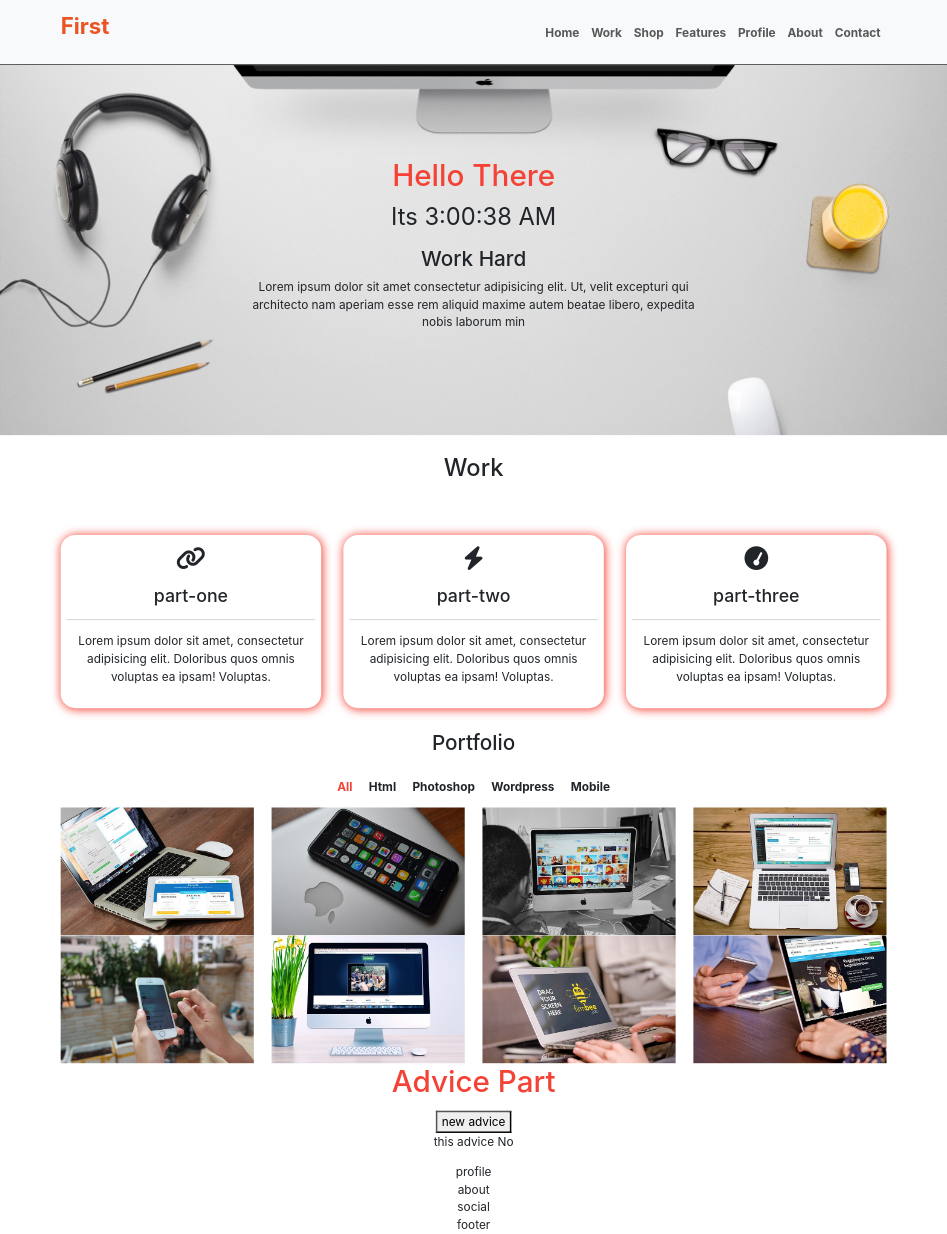
Repository: Hager-h/temple
Page: /
The author's editor kept a copy of each file at every save. The page is drawn from the files as they stood at one save, then again after the next save.
The browser window is 1280 px wide. The pictures show the whole page, at 74% of full size.
The page's requests for data from a server got no answer. The project was rebuilt for these pictures with package versions that can differ from the ones it lists, and the page was loaded fresh each time. No one was signed in, and anything a server would have sent is missing. Also part of the build but not shown: src/components/contact/index.js, src/components/Shop/shop.css, src/components/Shop/Shop.js, src/components/card/card.css, src/components/card/Card.js.

Above is the page before, as saved 2023-07-17 16:01:35.

### src/index.js
import React from 'react';
import ReactDOM from 'react-dom/client';
import "../node_modules/bootstrap/dist/css/bootstrap.min.css"
import "../node_modules/bootstrap/dist/js/bootstrap.min.js"
import './index.css';

import App from './App';
import reportWebVitals from './reportWebVitals';
import { BrowserRouter } from 'react-router-dom';

const root = ReactDOM.createRoot(document.getElementById('root'));
root.render(
  <React.StrictMode>
  <BrowserRouter>
  <App />
  </BrowserRouter>
  </React.StrictMode>
);

// If you want to start measuring performance in your app, pass a function
// to log results (for example: reportWebVitals(console.log))
// or send to an analytics endpoint. Learn more: https://bit.ly/CRA-vitals
reportWebVitals();

### src/App.js
import './App.css';
import Home from "./components/home/Home"
import Contact from "./components/contact/index"
import Nav from "./components/navbar/Nav"
import {Routes,Route} from "react-router-dom"
import Shop from './components/Shop/Shop';
import Card  from './components/card/Card';
function App() {
  return (
    <div className="App">
    <Nav />
    <Routes>
    <Route path="/" element={<Home />} />
    <Route path="/contact" element={<Contact />} />
    <Route path="/shop" element={<Shop />} />
    <Route path="shop/:cardId" element={<Card />} />

    </Routes>




    </div>
  );
}

export default App;

### src/components/home/Home.js
import React from 'react'
import Work from "./../work/Work"
import Portfolio from "./../portfolio/Portfolio"
import Footer from "./../footer/Footer"
import Social from "./../social/Social"
import About from "./../about/about"
import Profile from "./../Profile/Profile"
import Landing from "./../landing/landing"
import Advice from "./../advice/Advice"
export default function Home() {
  return (
    <div>

<Landing />
    <Work />
    <Portfolio />
<Advice />
    <Profile />
    <About />
    <Social />
    <Footer />



    </div>
    )
}

### src/components/navbar/Nav.js
import React from "react"
import { Link } from 'react-router-dom'

import "./navStyle.css"
export default function Nav() {
  return (



    <nav className="navbar navbar-expand-lg bg-body-tertiary ">
    <div className="container ">
      <p className="navbar-brand logo-text" >First</p>
      <button className="navbar-toggler" type="button" data-bs-toggle="collapse" data-bs-target="#navbarNavAltMarkup" aria-controls="navbarNavAltMarkup" aria-expanded="false" aria-label="Toggle navigation">
        <span className="navbar-toggler-icon"></span>
      </button>
      <div className="collapse navbar-collapse  " id="navbarNavAltMarkup">
        <div className="navbar-nav ms-auto">
          <Link className="nav-link " to="/">Home</Link>
          <Link className="nav-link" to="/work">Work</Link>
          <Link className="nav-link" to="/shop">Shop</Link>
          <Link className="nav-link" to="/feat">Features</Link>
          <Link className="nav-link" to="/profile">Profile</Link>
          <Link className="nav-link" to="/about">About</Link>
          <Link className="nav-link" to="/contact">Contact</Link>
        </div>

      </div>
    </div>
  </nav>

















  )
}

### src/components/work/Work.js
import "./work.css"
import {Usehook} from "../hook/Hook"
export default function Work() {
  const[data,loading,err]=Usehook('js/data.json')



const dataList=data.map(item=>{
  return (
    <div key={item.id}className="part first">
    <i className={item.icon_name}></i>
<h4 className="part-title">{item.title}</h4>
<hr className="line"/>
<p className="part-desc">
{item.body}
</p>
</div>
  )
})
  return (
    <div className="work">
    <div className="container">

        <h2 className="work-title"><span>My</span> Work</h2>
        <div className="all-work">

        {loading&&<p className="spinner"></p>}
          {dataList}
          {err&&<p className="Err">{err}</p>}
            </div>
    </div>
</div>
  )
}

### src/components/portfolio/Portfolio.js
import React,{useEffect,useState} from 'react'

import "./port.css"
import {Usehook} from "../hook2/Hook2.js"

export default function Portfolio() {


    const[data,loading,err]=Usehook('js/data.json')

    const images=data.map((item)=>{
      console.log(item)
      return(

<div key={item.id} className=" col-md-3 box">
<div className="overlay"></div>
<span>Show Image</span>
<div className="show ">

<img className="port-image  " src={item.image} alt="image" />

          </div>







      </div>


    )
  })






  return (
    <div className="port">
<h3> <span> My</span> Portfolio</h3>

<div className="catgeory">
<p className="orange">All</p>
<p>Html</p>
<p>Photoshop</p>
<p>Wordpress</p>
<p> Mobile</p>
</div>
<div className="container">
        <div className="row ">






{images}

        </div>
        </div>






</div>











  )
}

### src/components/social/Social.js
import React from 'react'

export default function Social() {
  return (
    <div>
      social
    </div>
  )
}

### src/components/landing/landing.js
import React,{Fragment, useState,useEffect} from 'react'
import "./landing.css"
export default function Landing() {
  const [time, settime] = useState(new Date().toLocaleTimeString())
  useEffect(() => {
    setInterval(() => {
      settime(new Date().toLocaleTimeString())
    },1000)
  },[])
  return (
    <>
    <div className='landing'>
    <div className='containerr'>
    <div className='text-landing'>

    <h1>hello there
    </h1>
              <p className="text-dark fs-2"> Its {time}</p>
<h3>work hard </h3>
<p>Lorem ipsum dolor sit amet consectetur adipisicing elit. Ut, velit excepturi qui architecto nam aperiam esse rem aliquid maxime autem beatae libero, expedita nobis laborum min</p>

</div>
      </div>
    </div>
    </>
  )
}

### src/components/advice/Advice.js
import React from 'react'
import {useState,useEffect}from "react"
import axios from "axios"
export default function Advice() {
  const [advice, setadvice] = useState("")
  const [count, setcount] = useState()

  const getAdvice = () => {
    axios.get(`https://api.adviceslip.com/advice`)
      .then((res) => setadvice(res.data.slip.advice)
      )
  }

  useEffect(() => {
    getAdvice()
  },[])
  return (
    <div className="advice">
      <h1>Advice Part</h1>
      <p>{advice}</p>
      <button onClick={ getAdvice }>new advice</button>
      <p>this advice No { count}</p>

    </div>
  )
}

### src/components/navbar/navStyle.css
.navbar {
  background: #fff;
  border-bottom: 1px solid #000;


}




 .logo-text {
  font-size: 30px;
  font-weight: bold;
  color:#eb5424
};
.nav-link{
  font-weight: bolder;}
.nav-link:focus, .nav-link:hover {
  color: #F44336;
}.nav-link:focus, .nav-link:hover {
  color: #F44336;

}
.navbar-nav{
  font-weight: bolder;

}
.navbar-toggler:focus{
  border:2px solid #F44336;
  box-shadow: 0 0 0 #F44336;
}
@media(max-width:570px){
  .text-landing{
    width:100%;
  }
}

### src/components/work/work.css



.all-work{display: flex;
    justify-content: center;
    align-items: center;
    margin-top: 72px;}
    .part{
      box-shadow: 1px 1px 13px 1px #f44336;
    border-radius: 20px;
    padding: 15px 8px;

    }
    .part-title{
      margin-top:20px;
    }
    .part:not(:last-child){
      margin-right:30px
    }
    .work-title span{
      color:#f44336
    }
    .work-title{
      margin-top:25px
    }
.loading{

}
.Err{
  font-weight:bolder;
  text-transform: capitalize;
      color:#f44336;
font-size :22px;
margin-bottom: 30px;
text-align: center;
}

.spinner {
  border: 3px solid #f3f3f3;
  border-top: 3px solid #f44336;
  border-radius: 50%;
  width: 20px;
  height: 40px;
  animation: spin 1s linear infinite;
  position: absolute  ;
  top:50%;
  left:50%;
  transform:translate(-50%,-50%)
   ;
  -webkit-transform:translate(-50%,-50%)  ;
  -moz-transform:translate(-50%,-50%)  ;
  -ms-transform:translate(-50%,-50%)  ;
  -o-transform:translate(-50%,-50%)  ;
}

@keyframes spin {
  0% { transform: rotate(0deg); }
  100% { transform: rotate(360deg); }
}


    @media(max-width:570px){
      .all-work{
      flex-wrap:wrap;
      }
.part:not(:last-child){
  margin-right: 0;
}
.part{
  margin-bottom: 22px;
}

    }

### src/components/hook/Hook.js
import {useEffect,useState}from 'react'
import axios from 'axios'
export  function Usehook(url) {
  const [data,setdata]=useState([])
  const [err,seterr]=useState(null)
  const [loading,setloading]=useState(null)

  useEffect(()=>{
    setloading(true)
    axios.get(url).then(res=>
      {
      setloading(false)
    setdata(res.data.works)
    console.log(res.data)
    seterr(false)
    }
    ).catch(err=>{
      setloading(false)
      seterr("something went wrong")
    })

  },[])
return[data,loading,err]
}

### src/components/portfolio/port.css
.port{
  margin-top:30px;
}
.box{position:relative;
  overflow: hidden;


}
 .catgeory{
  display :flex;
  justify-content: center;
  align-items: center;
  margin-top: 30px;

 }
 .catgeory p:not(:last-child){
  margin-right: 22px;
 }
.catgeory p{
  cursor:pointer;
  font-weight: bold;

}
.catgeory p:hover,.orange{
  color: #F44336;
}


  .port-image{
    max-width:100%;

 }
 span{
  border:1px solid #F44336;
  position: absolute;
  top:50%;
  left:50%;
  transform: translate(-50%,-50%);
  -webkit-transform: translate(-50%,-50%);
  -moz-transform: translate(-50%,-50%);
  -ms-transform: translate(-50%,-50%);
  -o-transform: translate(-50%,-50%);
  background-color: aliceblue;
  padding: 8px 8px;
  border-radius: 14px;
  -webkit-border-radius: 14px;
  -moz-border-radius: 14px;
  -ms-border-radius: 14px;
  -o-border-radius: 14px;
  cursor:pointer;
  font-weight:bolder;
  opacity:0;

}
.overlay{
  position: absolute;
  top: 0;
  left: 0;
  bottom: 0;
  right: 0;
  background: rgba(224, 158, 138, 0.5);
  font-size: 15px;
  opacity: 0;
  max-width:100% ;
}
.box:hover .overlay,
.box:hover span{
  opacity: 1;
}

### src/components/hook2/Hook2.js
import React ,{useEffect,useState}from 'react'
import axios from 'axios'
export  function Usehook(url) {
  const [data,setdata]=useState([])
  const [err,seterr]=useState(null)
  const [loading,setloading]=useState(null)

  useEffect(()=>{
    setloading(true)
    axios.get(url).then(res=>
      {
      setloading(false)
    setdata(res.data.portfolio)
    console.log(res.data.portfolio)
    seterr(false)
    }
    ).catch(_err=>{
      setloading(false)
      seterr("something went wrong")
    })

  },[url])
return[data,loading,err]
}

### src/components/landing/landing.css
.landing{
  height: 500px;
   background:url("../../../public/images/Home/home-bg.jpg");
  background-position: center;
  background-size: cover;
position: relative;
text-align: center;
}
.containerr{
  width:85%;
  margin:auto;
}
.text-landing{
  position:absolute;
  top:50%;
  left:50%;
  transform: translate(-50%,-50%);
  -webkit-transform: translate(-50%,-50%);
  -moz-transform: translate(-50%,-50%);
  -ms-transform: translate(-50%,-50%);
  -o-transform: translate(-50%,-50%);
}
h1{
  color:#F44336;
  text-transform: capitalize;

}
h3{
  text-transform: capitalize;

}

### public/js/data.json
{
  "works" : [
      {
          "id" : 1,
          "icon_name": "icon fa fa-chain fa-2x",
          "title": "part-one",
          "body": "Lorem ipsum dolor sit amet, consectetur adipisicing elit. Doloribus quos omnis voluptas ea ipsam! Voluptas."
      },
      {
          "id" : 2,
          "icon_name": "icon fa fa-bolt fa-2x",
          "title": "part-two",
          "body": "Lorem ipsum dolor sit amet, consectetur adipisicing elit. Doloribus quos omnis voluptas ea ipsam! Voluptas."
      },
      {
          "id" : 3,
          "icon_name": "icon fa fa-tachometer fa-2x",
          "title": "part-three",
          "body": "Lorem ipsum dolor sit amet, consectetur adipisicing elit. Doloribus quos omnis voluptas ea ipsam! Voluptas."
      }
  ],

  "portfolio" : [
      {
          "id":1,
          "image": "/images/Portfolio/portfolio-img1.jpg"

      },
      {
          "id":2,
          "image": "/images/Portfolio/portfolio-img2.jpg"
        },
      {
          "id":3,
          "image": "/images/Portfolio/portfolio-img3.jpg"
        },
      {
          "id":4,
          "image": "/images/Portfolio/portfolio-img4.jpg"
        },
      {
          "id":5,
          "image": "/images/Portfolio/portfolio-img5.jpg"
        },
      {
          "id":6,
          "image": "/images/Portfolio/portfolio-img6.jpg"
      },
      {
          "id":7,
          "image": "/images/Portfolio/portfolio-img7.jpg"
      },
      {
          "id":8,
          "image": "/images/Portfolio/portfolio-img8.jpg"
      }
  ] ,
  "social" : [
      {
          "id": 1,
          "icon" : "icon fa fa-facebook fa-lg",
          "title" : "Follow Me on",
          "body" : "Social Facebook"
      },
      {
          "id": 2,
          "icon" : "icon fa fa-twitter fa-lg",
          "title" : "Tweet Me on",
          "body" : "Social twitter"
      },
      {
          "id": 3,
          "icon" : "icon fa fa-pinterest fa-lg",
          "title" : "Pin Me on",
          "body" : "Social Pinterest"
      }
  ]
}

Loaded but not shown: public/index.html (common file); src/index.css (common file); src/reportWebVitals.js (common file); src/App.css (common file); src/components/footer/Footer.js (common file); src/components/about/About.js (common file); src/components/Profile/Profile.js (common file)

After the next save:
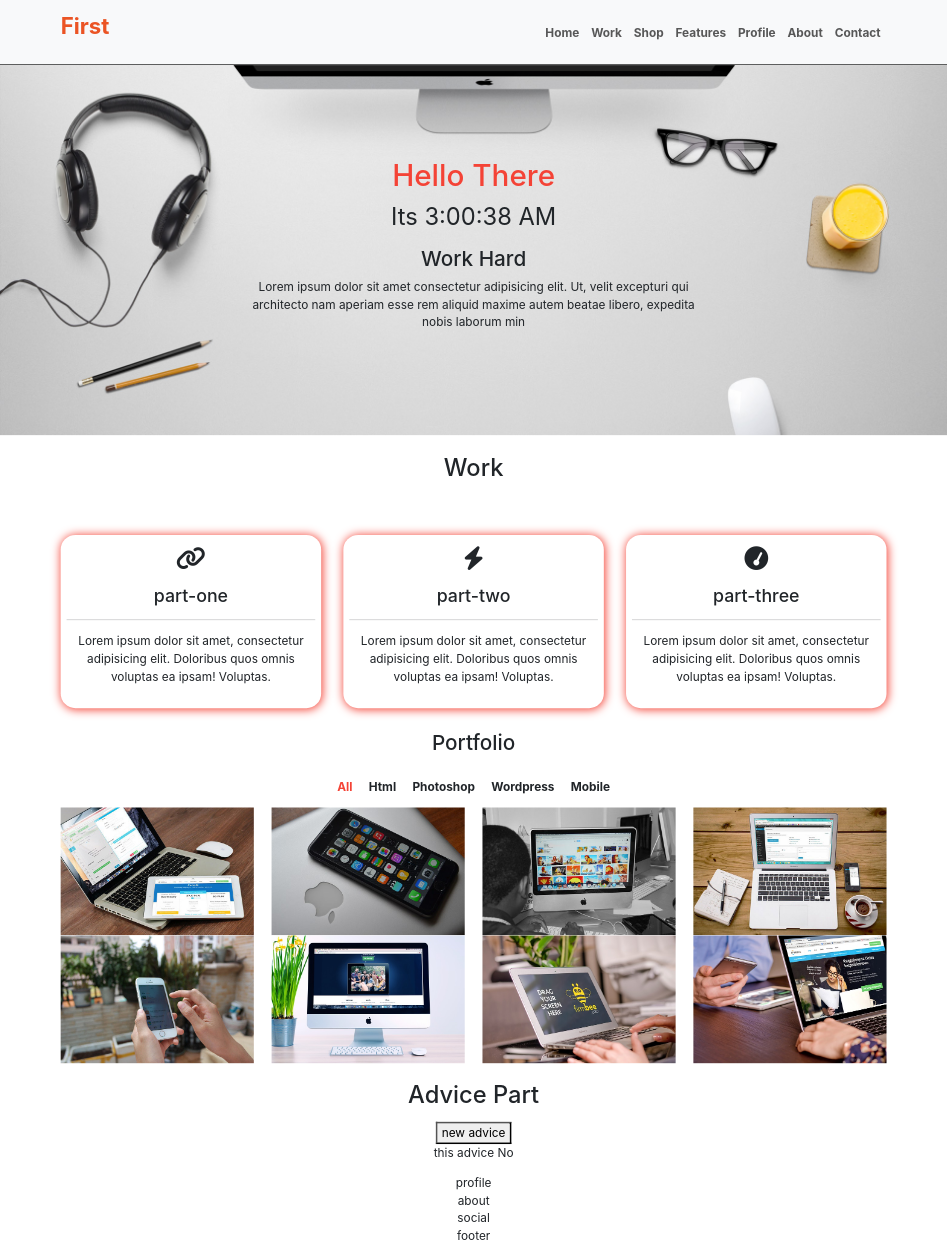
Saved 49 s later.
--- a/src/components/advice/Advice.js
+++ b/src/components/advice/Advice.js
@@ -15,8 +15,8 @@ export default function Advice() {
     getAdvice()
   },[])
   return (
-    <div className="advice">
-      <h1>Advice Part</h1>
+    <div className="advice mt-4">
+      <h2 className="mt-2 mb-2">Advice Part</h2>
       <p>{advice}</p>
       <button onClick={ getAdvice }>new advice</button>
       <p>this advice No { count}</p>
